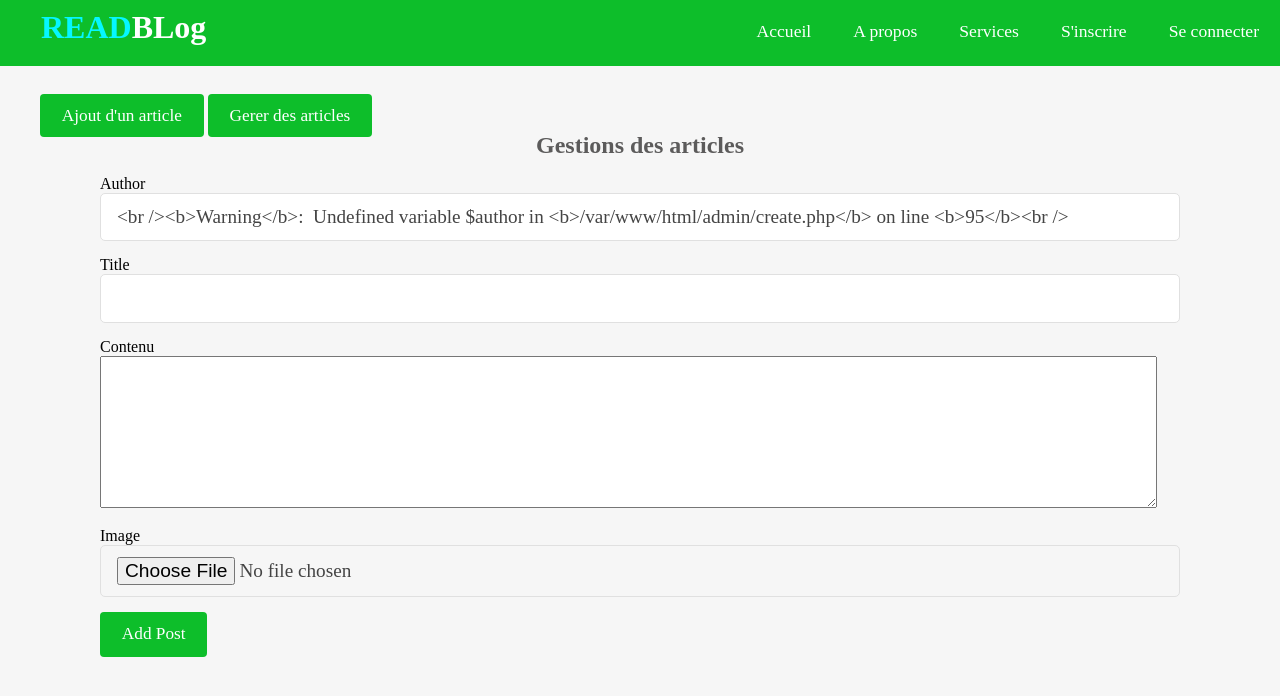
Repository: ahamie71/miniblog
Page: http://localhost/admin/create.php
The author's editor kept a copy of each file at every save. The page is drawn from the files as they stood at one save, then again after the next save.
The browser window is 1280 px wide. The pictures show the whole page.
The page is run by PHP 8.4 with error messages shown; the project is at /var/www/html/.

Above is the page before, as saved 2023-02-28 21:12:07.

### admin/create.php
<?php

require_once('../refactoring.php');?>
<?php
$errors = array();
$title= '';
$auhtor= '';
$content= '';

if (isset($_POST['add-post'])) {

    // la gestion des erreurs de champs du fomrulaire
    $errors = validatePost($_POST);

    // traitement d'image
    if (!empty($_FILES['image']['name'])) {
        $image_name = $_FILES['image']['name'];
        // on creer une destination
        $destination = "../images/$image_name";

        $result = move_uploaded_file($_FILES['image']['tmp_name'], $destination);
        if ($result) {

            $_POST['image'] = $image_name;

        } else {
            array_push($errors, 'l\enregistrement de l\'image a echoué');
        }

    } else {
        array_push($errors, 'Une image est demandée');
    }
    if (count($errors) == 0) {

        $_POST['content'] = nl2br(htmlentities($_POST['content']));
        //enregistrement de l'article
        create($_POST['author'], $_POST['title'], $_POST['content'], $_POST['image']);
        header('location: index.php');
        exit();

    }else{
        $title =$_POST['title'];
        $author =$_POST['author'];
        $content =$_POST['content'];



    }
}


?>

<!DOCTYPE html>
<html lang="en">

<head>
    <meta charset="UTF-8">
    <meta name="viewport" content="width=device-width, initial-scale=1.0">
    <meta http-equiv="X-UA-Compatible" content="ie=edge">

    <!-- Custom Styling -->
    <link rel="stylesheet" href="../css/style.css">

    <!-- Admin Styling -->
    <link rel="stylesheet" href="../css/admin.css">

    <title>Admin Section - Add Post</title>
</head>

<body>
    <?php include '../inc/header.php'; ?>

    <!-- Admin Page Wrapper -->
    <div class="admin-container">


        <!-- // Left Sidebar -->


        <!-- Admin Content -->
        <div class="admin-content">
            <div class="button-group">
                <a href="create.html" class="btn btn-big">Ajout d'un article</a>
                <a href="index.html" class="btn btn-big"> Gerer des articles</a>
            </div>


            <div class="container">

                <h2 class="page-title"> Gestions des articles</h2>
                <form action="create.php" enctype="multipart/form-data" method="post">
                    <div>
                        <label>Author</label>
                        <input type="text" name="author" value="<?=$author?>" class="text-input">
                    </div>
                    <div>
                        <label>Title</label>
                        <input type="text" name="title"value= "<?= $title ?>" class="text-input">
                    </div>
                    <div>
                        <label>Contenu</label>
                        <textarea cols="130" , rows="10" name="content" id="body"><?= $content ?></textarea>
                    </div>
                    <div>
                        <label>Image</label>
                        <input type="file" name="image" class="text-input">
                    </div>

                    <div>
                        <button type="submit" name="add-post" class="btn btn-big">Add Post</button>
                    </div>
                </form>

            </div>

        </div>
        <!-- // Admin Content -->

    </div>
    <!-- // Page Wrapper -->


</body>

</html>

### refactoring.php
<?php
require_once 'db.php';


// validation d'un article
function ValidatePost($post)
{
    $errors = array();
    if (empty(($post['author']))) {
        array_push($errors, 'Veiller remplir votre nom');
    }
    if (empty($post['title'])) {
        array_push($errors, 'Veiller remplir le titre  ');

    }
    if (empty($post['content'])) {
        array_push($errors, 'Veiller remplir le content ');

    }
      return $errors;

}

// recuperation de tous les articles
function selectAll()
{
    global $pdo;
    $results = $pdo->query("SELECT * FROM posts
     ORDER BY created_at DESC LIMIT 0,3");
    $posts = $results->fetchAll();
    return $posts;
}

// recuperation d'un article grâce a son identfiant
function selectOne($id)
{
    global $pdo;
    $query = $pdo->prepare('SELECT * FROM posts WHERE id = :post_id');
    $query->execute(array('post_id' => $id));
    $post = $query->fetch();

    return $post;
}

// enregistrement d'un artile
function create($author, $title, $content, $image)
{
    global $pdo;
    $query = $pdo->prepare('INSERT INTO posts (author, title, content, image,created_at)VALUES (:auteur, :titre, :contenu,:image,NOW())');
    $query->execute([
        ':auteur' => $author,
        ':titre' => $title,
        ':contenu' => $content,
        'image' => $image
    ]);


}

### db.php
<?php
$host = 'localhost';
$user = 'root';
$pass = 'root';
$dbname = 'mBlog';

$pdo = new PDO('mysql:host=' . $host . ';dbname=' . $dbname . ';charset=utf8', $user, $pass, [
        PDO::ATTR_ERRMODE => PDO::ERRMODE_EXCEPTION,
        PDO::ATTR_DEFAULT_FETCH_MODE => PDO::FETCH_ASSOC,
]);
?>

### inc/header.php
<header>
        <div class="logo">
            <h1 class="logo-text"><span>READ</span>BLog</h1>
        </div>
        <ul class="nav">
            <li><a href="index.html">Accueil</a></li>
            <li><a href="#">A propos</a></li>
            <li><a href="#">Services</a></li>
            <li><a href="#">S'inscrire</a></li>
            <li><a href="#">Se connecter</a></li>
        </ul>
    </header>

### css/style.css
* {
  box-sizing: border-box;
  margin:0;
  padding: 0;
}

html,
body {
  height: 100%;
  padding: 0px;
  margin: 0px;
  background: #f6f6f6;
  font-family: serif;
}

h1,
h2,
h3,
h4,
h5,
h6 {
  font-family: serif;
  color: #5c5b5b;
  margin: 5px;
}

a {
  text-decoration: none;
  color: inherit;
}
.pagination{
  width: 20%;
  margin: 10px auto;
}
.page{
  display: inline-block;
  width: 40px;
  height: 40px;
  text-align: center;
  font-size: x-large;
  padding-top: 5px;
  background: #ccc;
  border:1px solid black;
  border-radius: 5px;
}
.page.active{
  background:  #0b6c99;
}

.btn {
  padding: .5rem 1rem;
  background: #0dbe2a;
  color: white;
  border: 1px solid transparent;
  border-radius: .25rem;
  font-size: 1.08em;
  font-family: 'Lora', serif;
}

.btn-big {
  padding: .7rem 1.3rem;
  line-height: 1.3rem;
}

.btn:hover {
  color: white !important;
  background: #0a8d75;
}

.text-input {
  padding: .7rem 1rem;
  display: block;
  width: 100%;
  border-radius: 5px;
  border: 1px solid #e0e0e0;
  outline: none;
  color: #444;
  line-height: 1.5rem;
  font-size: 1.2em;
  font-family: 'Lora', serif;
}

.msg {
  width: 100%;
  margin: 5px auto;
  padding: 8px;
  border-radius: 5px;
  list-style: none;
}

.success {
  color: #3a6e3a;
  border: 1px solid #3a6e3a;
  background: #bcf5bc;
}

.error {
  color: #884b4b;
  border: 1px solid #884b4b;
  background: #f5bcbc;
}

/* NAVBAR */

header {
  background: #0dbe2a;
  height: 66px;
}

header * {
  color: white;
}

header .logo {
  float: left;
  height: inherit;
  margin-left: 2em;
}

header .logo-text {
  margin: 9px;
  font-family: 'Candal', serif;
}

header .logo-text span {
  color: #05f7ff;
}

header ul {
  float: right;
  margin: 0px;
  padding: 0px;
  list-style: none;
}

header ul li {
  float: left;
  position: relative;
}

header ul li ul {
  position: absolute;
  top: 66px;
  right: 0px;
  width: 180px;
  display: none;
  z-index: 88888;
}

header ul li:hover ul {
  display: block;
}

header ul li ul li {
  width: 100%;
}

header ul li ul li a {
  padding: 10px;
  background: white;
  color: #444;
}



header ul li ul li a:hover {
  background: #0a8d75;
}

header ul li a {
  display: block;
  padding: 21px;
  font-size: 1.1em;
  text-decoration: none;
}

header ul li a:hover {
  background: #0a8d75;
  transition: 0.5s;
}



.page-container {
  min-height: 90%;
}

.page-container a:hover {
  color: #006669;
}


.posts .posts-title {
  text-align: center;
  margin: 30px auto;
}
.posts .post-container {
  width: 84%;
  height: 350px;
  margin: 0px auto;
  overflow: hidden;
  padding: 10px 0px 10px 0px;
}

.posts .post-container .post {
  width: 300px;
  height: 330px;
  margin: 0px 10px;
  display: inline-block;
  background: white;
  border-radius: 5px;
  box-shadow: 1rem 1rem 1rem -1rem #a0a0a033;
}

.posts .post-container .post .post-info {
  height: 130px;
  padding: 0px 5px;
}

.posts .post-container .post .slider-image {
  width: 100%;
  height: 200px;
  border-top-left-radius: 5px;
  border-top-right-radius: 5px;
}

/* CONTENT */

.container {
  width: 90%;
  margin: auto;
}

.container .main-content {

  margin: auto;
}

.container .main-content.single {
  background: white;
  padding: 20px 50px;
  font-size: 1.1em;
  border-radius: 5px;
}

.container .main-content.single .post-title {
  text-align: center;
  margin-bottom: 40px;
}
.container .main-content.single .post-image{
  margin:auto;
  height: 400px;
  width: 100%;
}
.container .main-content.single .post-image img{
  height: 100%;
  width: 100%;

}
.comments{
  background: #fff;
  padding: 20px;
}
.comment .contenu{
  color: #686868;
  font-size: large;
  overflow:hidden;
}
.comment .sup{
  color: #e91515;
}

/* FOOTER */

.footer {
  background: #303036;
  color: #d3d3d3;
  height: 400px;
  position: relative;
}

.footer .footer-content {
  height: 350px;
  display: flex;
}

.footer .footer-content .footer-section {
  flex: 1;
  padding: 25px;
}

.footer .footer-content h1,
.footer .footer-content h2 {
  color: white;
}

.footer .footer-content .about h1 span {
  color: #05f7ff;
}

.footer .footer-content .about .contact span {
  display: block;
  font-size: 1.1em;
  margin-bottom: 8px;
}

.footer .footer-content .about .socials a {
  border: 1px solid gray;
  width: 45px;
  height: 41px;
  padding-top: 5px;
  margin-right: 5px;
  text-align: center;
  display: inline-block;
  font-size: 1.3em;
  border-radius: 5px;
  transition: all .3s;
}

.footer .footer-content .about .socials a:hover {
  border: 1px solid white;
  color: white;
  transition: all .3s;
}

.footer .footer-content .links ul a {
  display: block;
  margin-bottom: 10px;
  font-size: 1.2em;
  transition: all .3s;
}

.footer .footer-content .links ul a:hover {
  color: white;
  margin-left: 15px;
  transition: all .3s;
}

.footer .footer-content .contact-form .contact-input {
  background: #272727;
  color: #bebdbd;
  margin-bottom: 10px;
  line-height: 1.5rem;
  padding: .9rem 1.4rem;
  border: none;
}

.footer .footer-content .contact-form .contact-input:focus {
  background: #1a1a1a;
}

.footer .footer-content .contact-form .contact-btn {
  float: right;
  font-size: 1.1em;
  font-family: 'Lora', serif;
}

.footer .footer-bottom {
  background: #343a40;
  color: #686868;
  height: 50px;
  width: 100%;
  text-align: center;
  position: absolute;
  bottom: 0px;
  left: 0px;
  padding-top: 20px;
}

### css/admin.css

.admin-container {
  height: auto;
}

.admin-container .admin-content {
  height: 100%;
  padding: 40px;
}
.admin-content .page-title {
  text-align: center;
  margin-bottom: 1rem;
}

table {
  width: 100%;
  border-collapse: collapse;
  font-size: 1.1rem;
}

th,
td {
  padding: 15px;
  text-align: left;
  border-bottom: 1px solid #d3d3d3;
}

.edit {
  color: green;
}

.delete {
  color: red;
}


.edit:hover,
.delete:hover {
  text-decoration: underline;
}

form div {
  margin-bottom: 15px;
}

After the next save:
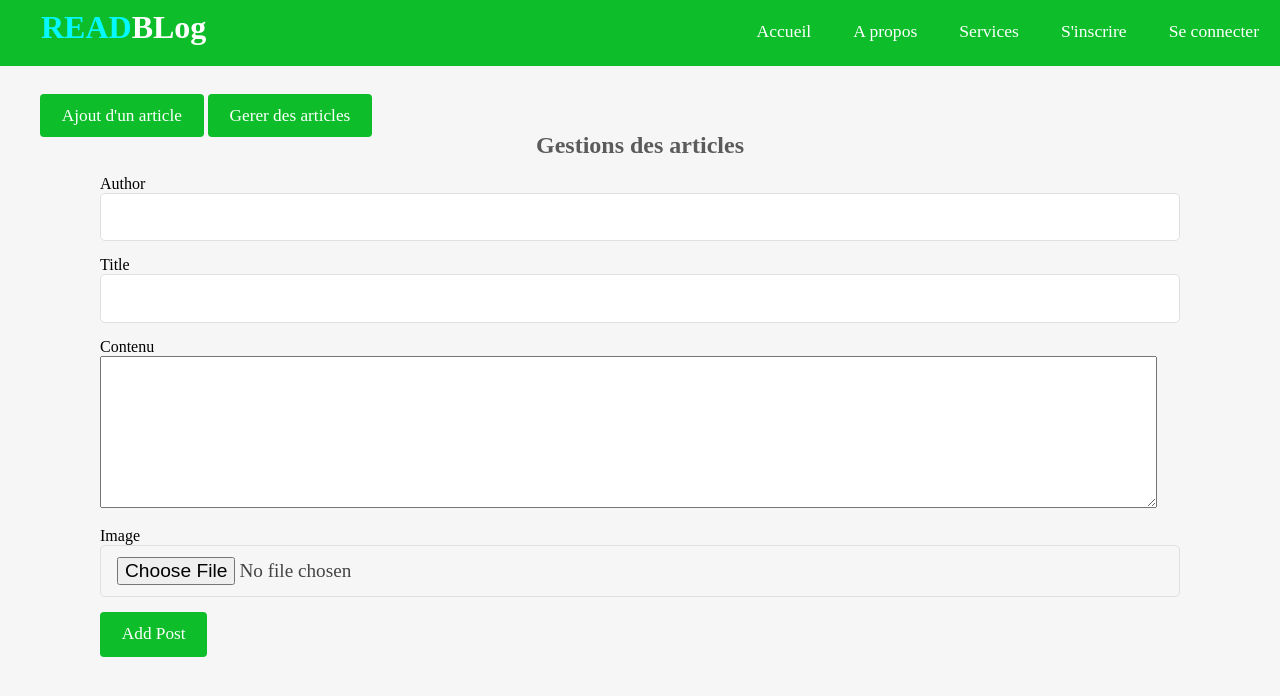
Saved 58 s later.
--- a/admin/create.php
+++ b/admin/create.php
@@ -4,7 +4,7 @@ require_once('../refactoring.php');?>
 <?php
 $errors = array();
 $title= '';
-$auhtor= '';
+$author= '';
 $content= '';
 
 if (isset($_POST['add-post'])) {
